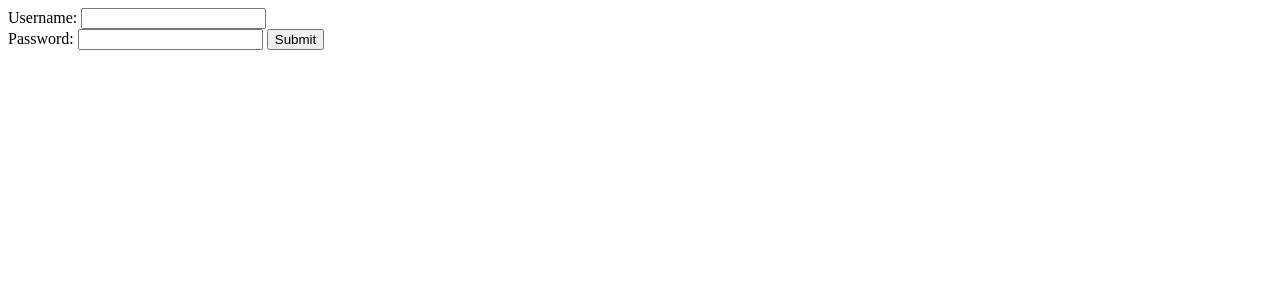
Repository: Helianthusss/Learn-CPP
Page: HTML/practice2.html
The author's editor kept a copy of each file at every save. The page is drawn from the files as they stood at one save, then again after the next save.
The browser window is 1280 px wide. The pictures show the whole page.

Above is the page before, as saved 2021-10-27 10:46:09.

### HTML/practice2.html
<!DOCTYPE html>
<html lang="en">
<head>
    <meta charset="UTF-8">
    <meta http-equiv="X-UA-Compatible" content="IE=edge">
    <meta name="viewport" content="width=device-width, initial-scale=1.0">
    <title>Document</title>
</head>
<body>
    <form action="http://www.example.com/login/"method="post">
        <label for="username">Username:</label>
        <input type="text" name="username"
        required="required" /></title><br />
        <label for="password">Password:</label>
        <input type="password" name="password"
        required="required" />
        <input type="submit" value="Submit" />
    </form>

</body>
</html>

After the next save:
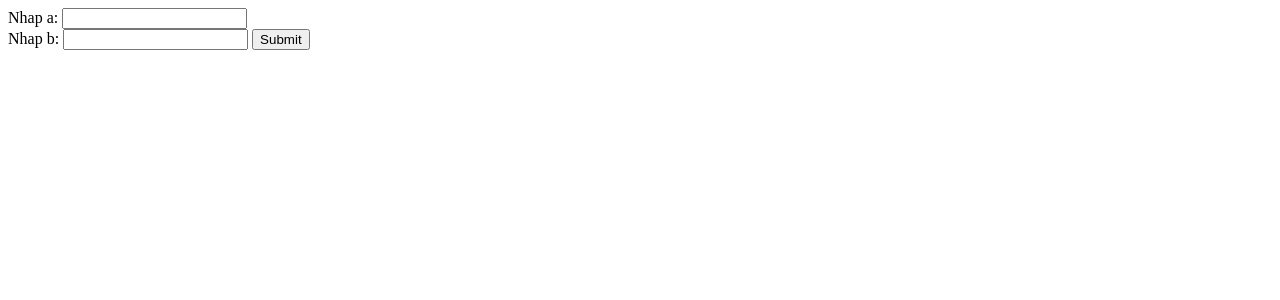
Saved 91 s later.
--- a/HTML/practice2.html
+++ b/HTML/practice2.html
@@ -8,10 +8,10 @@
 </head>
 <body>
     <form action="http://www.example.com/login/"method="post">
-        <label for="username">Username:</label>
+        <label for="username">Nhap a:</label>
         <input type="text" name="username"
         required="required" /></title><br />
-        <label for="password">Password:</label>
+        <label for="password">Nhap b:</label>
         <input type="password" name="password"
         required="required" />
         <input type="submit" value="Submit" />
